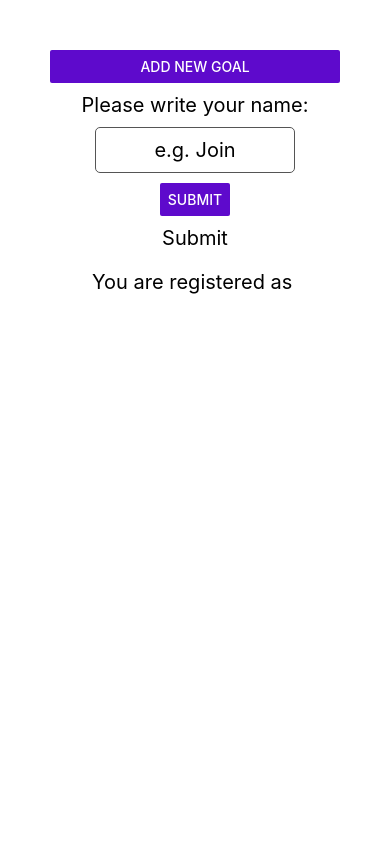
Repository: ntu34543/React-Native-Example1
Screen: /
An editor plug-in stored every save of this project. The screen is shown before and after a run of saves, followed by the edit.
The app was drawn by React Native's web renderer in a window 390 px wide. The project was rebuilt for these pictures with package versions that can differ from the ones it lists, and the page was loaded fresh each time. Also part of the build but not shown: components/Goalltem.js.

Above is the screen before, as saved 2022-09-12 16:07:00.

### App.js
import { useState } from "react";
import {
  StyleSheet,
  View,
  FlatList,
  Button,
  Text,
  Linking,
  TextInput,
  TouchableOpacity
} from "react-native";
import { StatusBar } from "expo-status-bar";

import GoalItem from "./components/Goalltem";
import GoalInput from "./components/Goallnput";

export default function App() {
  const [modalIsVisible, setModalIsVisible] = useState(false);
  const [courseGoals, setCourseGoals] = useState([]);
  const [name, setName] = useState("");
  const [submitted, setSubmitted] = useState(false);
  // console.log(courseGoals);
  const onPressHandler = () => {
    setSubmitted(!submitted);
  };

  function startAddGoalHandler() {
    setModalIsVisible(true);
  }

  function endAddGoalHandler() {
    setModalIsVisible(false);
  }

  function addTextInput(enteredGoalText) {
    setCourseGoals((currentCourseGoals) => [
      ...currentCourseGoals,
      { text: enteredGoalText, id: Math.random().toString() },
    ]);
    endAddGoalHandler();
  }

  function deleteGoalHandler(id) {
    setCourseGoals((currentCourseGoals) => {
      return currentCourseGoals.filter((goal) => goal.id !== id);
    });
  }

  return (
    <>
      <StatusBar style="auto" />
      <View style={styles.container}>
        <Button
          title="Add new Goal"
          color="#5e0acc"
          onPress={startAddGoalHandler}
        />
        <View style={styles.body}>
          <Text style={styles.text}>Please write your name:</Text>
          <TextInput
            style={styles.input}
            placeholder="e.g. Join"
            onChangeText={(value) => setName(value)}
            // maxLength={2}
            // editable={false}
            // secureTextEntry
          />
          <Button
            title={submitted? "Clear" : "Submit"}
            // disabled={submitted}
            color="#5e0acc"
            onPress={onPressHandler}
            // onPress={() => {
            //   Linking.openURL(
            //     "https://ca.slack-edge.com/T324R7VB6-U03RS7EKJHG-323b9d1b6216-512"
            //   );
            // }}
          />
          <TouchableOpacity onPress={onPressHandler}>
            <Text style={styles.text}>{submitted? "Clear" : "Submit"}</Text>
          </TouchableOpacity>
          {/* {submitted ? <Text>You are registered as {name}</Text> : null} */}
          <Text style={styles.text}>You are registered as {name}</Text>
        </View>
        <GoalInput
          visible={modalIsVisible}
          onAddGoal={addTextInput}
          onCancer={endAddGoalHandler}
        />
        <View style={styles.goalsContainer}>
          <FlatList
            data={courseGoals}
            style={styles.goalsContainer}
            renderItem={(itemData) => {
              return (
                <GoalItem
                  text={itemData.item.text}
                  id={itemData.item.id}
                  onDeleteItem={deleteGoalHandler}
                />
              );
            }}
            keyExtractor={(item, index) => {
              return index.id;
            }}
            alwaysBounceVertical={false}
          />
        </View>
      </View>
    </>
  );
}

const styles = StyleSheet.create({
  container: {
    padding: 50,
  },
  body: {
    alignItems: 'center',
  },
  goalsContainer: {
    // flex: 4,
  },
  text: {
    textAlign: "center",
    margin: 10,
    fontSize: 20,
  },
  input: {
    borderWidth: 1,
    borderColor: "#555",
    borderRadius: 5,
    width: 200,
    padding: 10,
    marginBottom: 10,
    textAlign: "center",
    fontSize: 20,
  },
});

### components/Goallnput.js
import { useState } from "react";
import { StyleSheet, View, TextInput, Button, Modal, Image } from "react-native";
function GoalInput(props) {
  const [enteredGoalText, setEnteredGoalText] = useState("");

  function textInput(enteredText) {
    setEnteredGoalText(enteredText);
    // console.log(enteredText);
  }

  function addGoalHandler() {
    props.onAddGoal(enteredGoalText);
    setEnteredGoalText("");
  }

  return (
    <Modal visible={props.visible} animationType="slide">
      <View style={styles.inputContainer}>
          <Image style={styles.image} source={require('../assets/favicon.png')} />
        <TextInput
          style={styles.textInput}
          placeholder="Email............"
          onChangeText={textInput}
          value={enteredGoalText}
        />
        <View style={styles.buttonContainer}>
          <View style={styles.button}>
            <Button title="Click!" onPress={addGoalHandler} />
          </View>
          <View style={styles.button}>
            <Button title="Cancer!" onPress={props.onCancer}/>
          </View>
        </View>
      </View>
    </Modal>
  );
}

export default GoalInput;

const styles = StyleSheet.create({
  inputContainer: {
    flex: 1,
    justifyContent: "center",
    alignItems: "center",
    paddingBottom: 24,
    padding: 16,
    borderBottomWidth: 1,
    borderBottomColor: "gray",
    backgroundColor: 'pink'
  },
  image: {
      width: 100,
      height: 100,
      margin: 20,
  },
  textInput: {
    borderWidth: 1,
    borderColor: "#cccccc",
    width: "100%",
    padding: 8,
  },
  buttonContainer: {
      marginTop: 16,
    flexDirection: "row",
  },
  button: {
      width: '30%',
      marginHorizontal: 8,
  }
});

After the next 2 saves:
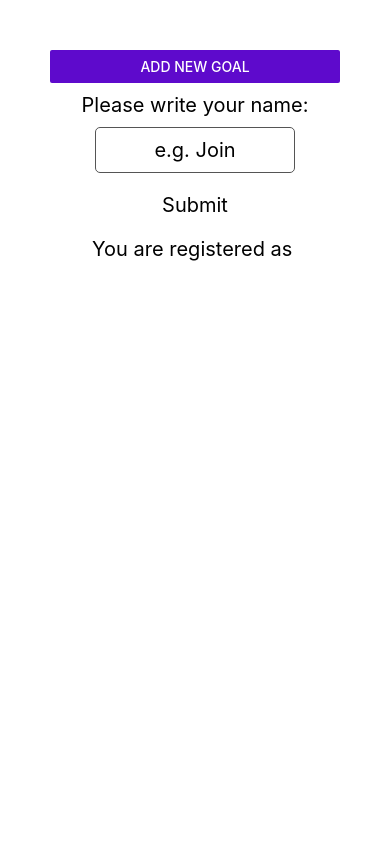
The 2 saves are shown as one change because they came seconds apart.
The last was saved 17 s later.
--- a/App.js
+++ b/App.js
@@ -65,17 +65,17 @@ export default function App() {
             // editable={false}
             // secureTextEntry
           />
-          <Button
+          {/* <Button
             title={submitted? "Clear" : "Submit"}
             // disabled={submitted}
             color="#5e0acc"
             onPress={onPressHandler}
-            // onPress={() => {
-            //   Linking.openURL(
-            //     "https://ca.slack-edge.com/T324R7VB6-U03RS7EKJHG-323b9d1b6216-512"
-            //   );
-            // }}
-          />
+            onPress={() => {
+              Linking.openURL(
+                "https://ca.slack-edge.com/T324R7VB6-U03RS7EKJHG-323b9d1b6216-512"
+              );
+            }}
+          /> */}
           <TouchableOpacity onPress={onPressHandler}>
             <Text style={styles.text}>{submitted? "Clear" : "Submit"}</Text>
           </TouchableOpacity>
